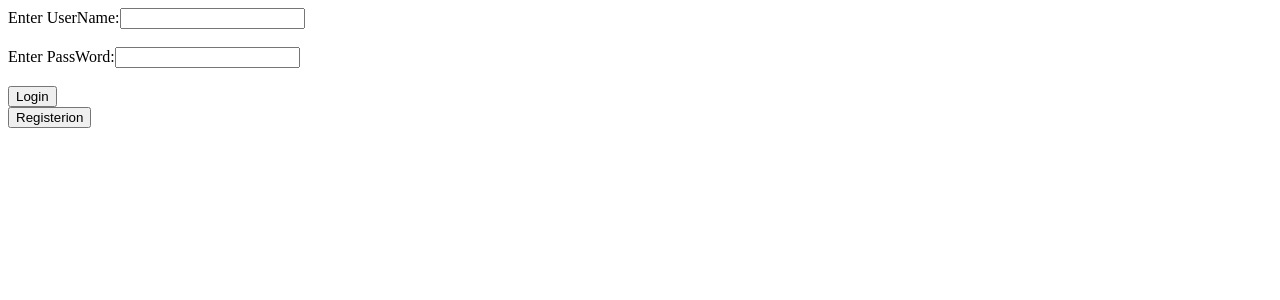
Repository: srikanthModugu/jdbc-servlet-jsp
Page: SutudentRegistration/WebContent/LoginPage.html
The author's editor kept a copy of each file at every save. The page is drawn from the files as they stood at one save, then again after the next save.
The browser window is 1280 px wide. The pictures show the whole page.

Above is the page before, as saved 2017-10-02 13:32:46.

### SutudentRegistration/WebContent/LoginPage.html
<!DOCTYPE html>
<html>
<head>
<style type="text/css">
.button {
    background-color: #4CAF50; /* Green */
    border: none;
    color: white;
    padding: 15px 32px;
    text-align: center;
    text-decoration: none;
    display: inline-block;
    font-size: 16px;
}
</style>
<meta charset="UTF-8">
<title>Insert title here</title>
</head>

<body>
<form action="login" method="get">
Enter UserName:<input type="text" name="Uname"/><br><br>
Enter PassWord:<input type="text" name="passWord"/><br><br>
 <input type="submit" value="Login"/><br>
  <button type="submit" formaction="/action_page2.php">Registerion</button>

</form>

</body>
</html>

After the next save:
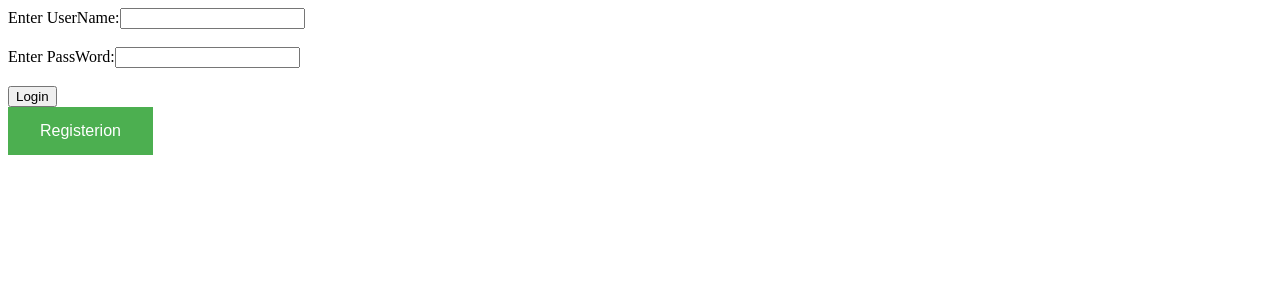
Saved 2 min 0 s later.
--- a/SutudentRegistration/WebContent/LoginPage.html
+++ b/SutudentRegistration/WebContent/LoginPage.html
@@ -22,7 +22,7 @@
 Enter UserName:<input type="text" name="Uname"/><br><br>
 Enter PassWord:<input type="text" name="passWord"/><br><br>
  <input type="submit" value="Login"/><br>
-  <button type="submit" formaction="/action_page2.php">Registerion</button>
+  <button class="button" type="submit" formaction="/action_page2.php">Registerion</button>
 
 </form>
 
